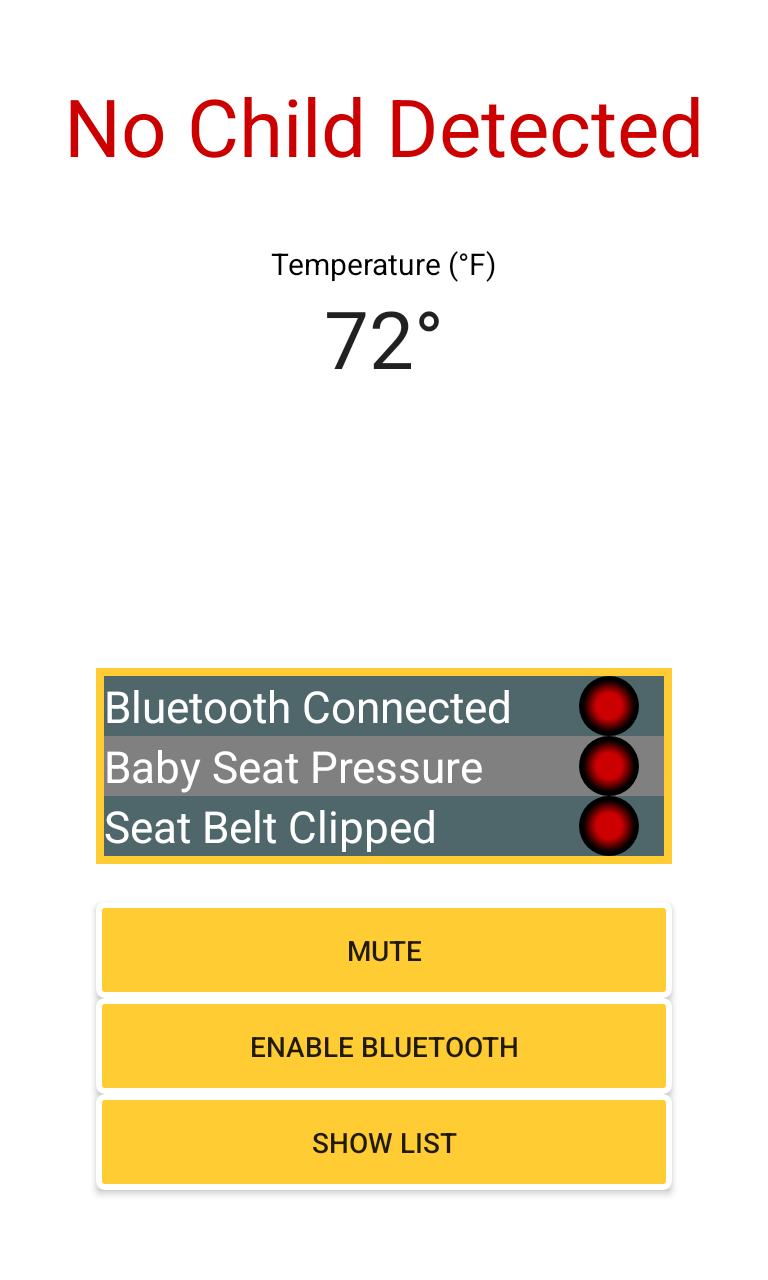
Repository: kqbright/Senior_Design2_Baby_Saver_Android_App
Layout: AppWorkspace/BabyCarTest/res/layout/activity_main.xml
The author's editor kept a copy of each file at every save. The layout is drawn from the files as they stood at one save, then again after the next save.
It is drawn on a 768 x 1280 px phone screen (xhdpi) without system bars, with theme AppTheme; the app's code is not run.

Above is the layout before, as saved 2014-12-01 03:37:28.

### AppWorkspace/BabyCarTest/res/layout/activity_main.xml
<RelativeLayout xmlns:android="http://schemas.android.com/apk/res/android"
    xmlns:tools="http://schemas.android.com/tools"
    android:layout_width="match_parent"
    android:layout_height="match_parent"
    android:gravity="center_horizontal"
    android:orientation="vertical"
    android:background="@color/white"
    android:paddingBottom="@dimen/activity_vertical_margin"
    android:paddingLeft="@dimen/activity_horizontal_margin"
    android:paddingRight="@dimen/activity_horizontal_margin"
    android:paddingTop="@dimen/activity_vertical_margin"
    tools:context="com.babycartest.MainActivity" >

    <TextView
        android:id="@+id/textView1"
        android:layout_width="wrap_content"
        android:layout_height="wrap_content"
        android:layout_below="@+id/button4"
        android:layout_centerHorizontal="true"
        android:layout_marginTop="46dp"
        android:text=""
        android:textAppearance="?android:attr/textAppearanceLarge" />

    <Button
        android:id="@+id/button2"
        android:layout_width="wrap_content"
        android:layout_height="wrap_content"
        android:layout_alignLeft="@+id/button1"
        android:layout_alignParentBottom="true"
        android:layout_alignRight="@+id/button1"
        android:layout_marginBottom="29dp"
        android:background="@drawable/custom_button1"
        android:text="@string/button2_text" />

    <TableLayout
        android:id="@+id/tableLayout1"
        android:layout_width="300dp"
        android:layout_height="wrap_content"
        android:layout_above="@+id/button4"
        android:layout_alignLeft="@+id/button4"
        android:layout_alignRight="@+id/button4"
        android:layout_marginBottom="19dp"
        android:background="@drawable/table_border"
        android:stretchColumns="0,1,2" >

        <TableRow
            android:id="@+id/tableRow2"
            android:layout_width="match_parent"
            android:layout_height="wrap_content"
            android:layout_gravity="center_horizontal"
            android:background="@color/stormcloud" >

            <TextView
                android:text="@string/connected"
                android:textColor="@color/white"
                android:textSize="22sp" />

            <ImageView
                android:id="@+id/circle1"
                android:layout_gravity="center"
                android:background="@drawable/red_circle"
                android:contentDescription="@string/red_circle" />
        </TableRow>

        <TableRow
            android:id="@+id/tableRow3"
            android:layout_width="wrap_content"
            android:layout_height="wrap_content"
            android:background="@color/trolley_grey" >

            <TextView
                android:text="@string/pressure_applied"
                android:textColor="@color/white"
                android:textSize="22sp" />

            <ImageView
                android:id="@+id/circle2"
                android:layout_gravity="center"
                android:background="@drawable/red_circle"
                android:contentDescription="@string/red_circle" />
        </TableRow>

        <TableRow
            android:id="@+id/tableRow4"
            android:layout_width="wrap_content"
            android:layout_height="wrap_content"
            android:background="@color/stormcloud" >

            <TextView
                android:text="@string/seat_belt"
                android:textColor="@color/white"
                android:textSize="22sp" />

            <ImageView
                android:id="@+id/circle3"
                android:layout_gravity="center"
                android:background="@drawable/red_circle"
                android:contentDescription="@string/red_circle" />
        </TableRow>
    </TableLayout>

    <Button
        android:id="@+id/button4"
        android:layout_width="wrap_content"
        android:layout_height="wrap_content"
        android:layout_above="@+id/button1"
        android:layout_alignLeft="@+id/button1"
        android:layout_alignRight="@+id/button1"
        android:background="@drawable/custom_button1"
        android:text="@string/mute" />

    <Button
        android:id="@+id/button1"
        android:layout_width="288dp"
        android:layout_height="wrap_content"
        android:layout_above="@+id/button2"
        android:layout_centerHorizontal="true"
        android:background="@drawable/custom_button1"
        android:text="@string/button_text" />

    <TextView
        android:id="@+id/baby_status"
        android:layout_width="wrap_content"
        android:layout_height="wrap_content"
        android:layout_alignParentTop="true"
        android:layout_centerHorizontal="true"
        android:layout_marginTop="20dp"
        android:text="@string/no_baby"
        android:textAppearance="?android:attr/textAppearanceLarge"
        android:textColor="@color/university_red"
        android:textSize="40sp" />

    <TextView
        android:id="@+id/textView2"
        android:layout_width="wrap_content"
        android:layout_height="wrap_content"
        android:layout_below="@+id/baby_status"
        android:layout_centerHorizontal="true"
        android:layout_marginTop="32dp"
        android:text="@string/temp_lbl"
        android:textAppearance="?android:attr/textAppearanceLarge"
        android:textColor="@color/black"
        android:textSize="15sp" />

    <TextView
        android:id="@+id/tempValue"
        android:layout_width="wrap_content"
        android:layout_height="wrap_content"
        android:layout_below="@+id/textView2"
        android:layout_centerHorizontal="true"
        android:text="@string/temp"
        android:textAppearance="?android:attr/textAppearanceLarge"
        android:textSize="40sp" />

</RelativeLayout>

### AppWorkspace/BabyCarTest/res/values/color.xml
<?xml version="1.0" encoding="utf-8"?>
<resources>

    <color name="white">#FFFFFF</color>
    <color name="medium_champagne">#F3E5AB</color>


    <color name="sunglow">#FFCC33</color>
    <color name="tangerine">#F28500</color>
    <color name="willpower_orange">#FD5800</color>


    <color name="stormcloud">#4F666A</color>
    <color name="trolley_grey">#808080</color>


    <color name="spring_green">#00FF7F</color>
    <color name="forest_green">#228B22</color>


    <color name="university_red">#CC0000</color>

    <color name="black">#000000</color>

</resources>

### AppWorkspace/BabyCarTest/res/drawable-hdpi/custom_button1.xml
<?xml version="1.0" encoding="utf-8"?>
<selector
    xmlns:android="http://schemas.android.com/apk/res/android">

    <item android:state_pressed="true" >
        <shape>
            <solid
                android:color="@color/willpower_orange"/>
            <stroke
                android:width="3dp"
                android:color="@color/white" />

            <corners
                android:radius="3dp" />
            <padding
                android:left="10dp"
                android:top="10dp"
                android:right="10dp"
                android:bottom="10dp" />
        </shape>
    </item>

    <item android:state_focused="true" >
        <shape>
            <solid
                android:color="@color/medium_champagne"
                />
                        <stroke
                android:width="3dp"
                android:color="@color/white" />

            <corners
                android:radius="3dp" />
            <padding
                android:left="10dp"
                android:top="10dp"
                android:right="10dp"
                android:bottom="10dp" />
        </shape>
    </item>

    <item>
        <shape>
            <solid
                android:color="@color/sunglow" />
            <stroke
                android:width="3dp"
                android:color="@color/white" />
            <corners
                android:radius="3dp" />
            <padding
                android:left="10dp"
                android:top="10dp"
                android:right="10dp"
                android:bottom="10dp" />
        </shape>
    </item>
</selector>

### AppWorkspace/BabyCarTest/res/drawable-ldpi/custom_button1.xml
<?xml version="1.0" encoding="utf-8"?>
<selector
    xmlns:android="http://schemas.android.com/apk/res/android">

    <item android:state_pressed="true" >
        <shape>
            <solid
                android:color="@color/willpower_orange"/>
            <stroke
                android:width="3dp"
                android:color="@color/white" />

            <corners
                android:radius="3dp" />
            <padding
                android:left="10dp"
                android:top="10dp"
                android:right="10dp"
                android:bottom="10dp" />
        </shape>
    </item>

    <item android:state_focused="true" >
        <shape>
            <solid
                android:color="@color/medium_champagne"
                />
                        <stroke
                android:width="3dp"
                android:color="@color/white" />

            <corners
                android:radius="3dp" />
            <padding
                android:left="10dp"
                android:top="10dp"
                android:right="10dp"
                android:bottom="10dp" />
        </shape>
    </item>

    <item>
        <shape>
            <solid
                android:color="@color/sunglow" />
            <stroke
                android:width="3dp"
                android:color="@color/white" />
            <corners
                android:radius="3dp" />
            <padding
                android:left="10dp"
                android:top="10dp"
                android:right="10dp"
                android:bottom="10dp" />
        </shape>
    </item>
</selector>

### AppWorkspace/BabyCarTest/res/drawable-mdpi/custom_button1.xml
<?xml version="1.0" encoding="utf-8"?>
<selector
    xmlns:android="http://schemas.android.com/apk/res/android">

    <item android:state_pressed="true" >
        <shape>
            <solid
                android:color="@color/willpower_orange"/>
            <stroke
                android:width="3dp"
                android:color="@color/white" />

            <corners
                android:radius="3dp" />
            <padding
                android:left="10dp"
                android:top="10dp"
                android:right="10dp"
                android:bottom="10dp" />
        </shape>
    </item>

    <item android:state_focused="true" >
        <shape>
            <solid
                android:color="@color/medium_champagne"
                />
                        <stroke
                android:width="3dp"
                android:color="@color/white" />

            <corners
                android:radius="3dp" />
            <padding
                android:left="10dp"
                android:top="10dp"
                android:right="10dp"
                android:bottom="10dp" />
        </shape>
    </item>

    <item>
        <shape>
            <solid
                android:color="@color/sunglow" />
            <stroke
                android:width="3dp"
                android:color="@color/white" />
            <corners
                android:radius="3dp" />
            <padding
                android:left="10dp"
                android:top="10dp"
                android:right="10dp"
                android:bottom="10dp" />
        </shape>
    </item>
</selector>

### AppWorkspace/BabyCarTest/res/drawable-xhdpi/custom_button1.xml
<?xml version="1.0" encoding="utf-8"?>
<selector
    xmlns:android="http://schemas.android.com/apk/res/android">

    <item android:state_pressed="true" >
        <shape>
            <solid
                android:color="@color/willpower_orange"/>
            <stroke
                android:width="3dp"
                android:color="@color/white" />

            <corners
                android:radius="3dp" />
            <padding
                android:left="10dp"
                android:top="10dp"
                android:right="10dp"
                android:bottom="10dp" />
        </shape>
    </item>

    <item android:state_focused="true" >
        <shape>
            <solid
                android:color="@color/medium_champagne"
                />
                        <stroke
                android:width="3dp"
                android:color="@color/white" />

            <corners
                android:radius="3dp" />
            <padding
                android:left="10dp"
                android:top="10dp"
                android:right="10dp"
                android:bottom="10dp" />
        </shape>
    </item>

    <item>
        <shape>
            <solid
                android:color="@color/sunglow" />
            <stroke
                android:width="3dp"
                android:color="@color/white" />
            <corners
                android:radius="3dp" />
            <padding
                android:left="10dp"
                android:top="10dp"
                android:right="10dp"
                android:bottom="10dp" />
        </shape>
    </item>
</selector>

### AppWorkspace/BabyCarTest/res/drawable-xxhdpi/custom_button1.xml
<?xml version="1.0" encoding="utf-8"?>
<selector
    xmlns:android="http://schemas.android.com/apk/res/android">

    <item android:state_pressed="true" >
        <shape>
            <solid
                android:color="@color/willpower_orange"/>
            <stroke
                android:width="3dp"
                android:color="@color/white" />

            <corners
                android:radius="3dp" />
            <padding
                android:left="10dp"
                android:top="10dp"
                android:right="10dp"
                android:bottom="10dp" />
        </shape>
    </item>

    <item android:state_focused="true" >
        <shape>
            <solid
                android:color="@color/medium_champagne"
                />
                        <stroke
                android:width="3dp"
                android:color="@color/white" />

            <corners
                android:radius="3dp" />
            <padding
                android:left="10dp"
                android:top="10dp"
                android:right="10dp"
                android:bottom="10dp" />
        </shape>
    </item>

    <item>
        <shape>
            <solid
                android:color="@color/sunglow" />
            <stroke
                android:width="3dp"
                android:color="@color/white" />
            <corners
                android:radius="3dp" />
            <padding
                android:left="10dp"
                android:top="10dp"
                android:right="10dp"
                android:bottom="10dp" />
        </shape>
    </item>
</selector>

### AppWorkspace/BabyCarTest/res/values/strings.xml
<?xml version="1.0" encoding="utf-8"?>
<resources>

    <string name="app_name">Baby Car Test</string>
    <string name="hello_world">Hello world!</string>
    <string name="action_settings">Settings</string>
    <string name="button_text">Enable Bluetooth</string>
    <string name="button2_text">Show list</string>
    <string name="pick_device">Select a Device</string>
    <string name="connected">Bluetooth Connected</string>
    <string name="led_on">ON</string>
    <string name="mute">MUTE</string>
    <string name="pressure_applied">Baby Seat Pressure</string>
    <string name="seat_belt">Seat Belt Clipped</string>
    <string name="temp_lbl">Temperature (°F)</string>
    <string name="temp">72°</string>
    <string name="red_circle">Red Circle</string>
    <string name="no_baby">No Child Detected</string>
    <string name="baby_in_car">Child in the Car</string>

</resources>

### AppWorkspace/BabyCarTest/res/drawable-hdpi/table_border.xml
<?xml version="1.0" encoding="utf-8"?>
<shape xmlns:android="http://schemas.android.com/apk/res/android"
    android:shape="rectangle">
    <solid
        android:color="@color/sunglow"/>
    <padding android:left="4dp"
        android:top="4dp"
        android:right="4dp"
        android:bottom="4dp" />

</shape>

### AppWorkspace/BabyCarTest/res/drawable-ldpi/table_border.xml
<?xml version="1.0" encoding="utf-8"?>
<shape xmlns:android="http://schemas.android.com/apk/res/android"
    android:shape="rectangle">
    <solid
        android:color="@color/sunglow"/>
    <padding android:left="4dp"
        android:top="4dp"
        android:right="4dp"
        android:bottom="4dp" />

</shape>

### AppWorkspace/BabyCarTest/res/drawable-mdpi/table_border.xml
<?xml version="1.0" encoding="utf-8"?>
<shape xmlns:android="http://schemas.android.com/apk/res/android"
    android:shape="rectangle">
    <solid
        android:color="@color/sunglow"/>
    <padding android:left="4dp"
        android:top="4dp"
        android:right="4dp"
        android:bottom="4dp" />

</shape>

### AppWorkspace/BabyCarTest/res/drawable-xhdpi/table_border.xml
<?xml version="1.0" encoding="utf-8"?>
<shape xmlns:android="http://schemas.android.com/apk/res/android"
    android:shape="rectangle">
    <solid
        android:color="@color/sunglow"/>
    <padding android:left="4dp"
        android:top="4dp"
        android:right="4dp"
        android:bottom="4dp" />

</shape>

### AppWorkspace/BabyCarTest/res/drawable-xxhdpi/table_border.xml
<?xml version="1.0" encoding="utf-8"?>
<shape xmlns:android="http://schemas.android.com/apk/res/android"
    android:shape="rectangle">
    <solid
        android:color="@color/sunglow"/>
    <padding android:left="4dp"
        android:top="4dp"
        android:right="4dp"
        android:bottom="4dp" />

</shape>

### AppWorkspace/BabyCarTest/res/drawable-hdpi/red_circle.xml
<?xml version="1.0" encoding="utf-8"?>
<shape xmlns:android="http://schemas.android.com/apk/res/android"
    android:shape="oval">
    <gradient
        android:type="radial"
        android:centerColor="@color/university_red"
        android:startColor="@color/university_red"
        android:endColor="@color/black"
        android:gradientRadius="20"
        />
    <padding android:left="10dp"
        android:top="10dp"
        android:right="10dp"
        android:bottom="10dp" />
    <size
        android:width="30dp"
        android:height="30dp"/>
</shape>

### AppWorkspace/BabyCarTest/res/drawable-ldpi/red_circle.xml
<?xml version="1.0" encoding="utf-8"?>
<shape xmlns:android="http://schemas.android.com/apk/res/android"
    android:shape="oval">
    <gradient
        android:type="radial"
        android:centerColor="@color/university_red"
        android:startColor="@color/university_red"
        android:endColor="@color/white"
        android:gradientRadius="10"
        />
    <padding
        android:left="10dp"
        android:top="10dp"
        android:right="10dp"
        android:bottom="10dp" />
    <size
        android:width="30dp"
        android:height="30dp"/>
</shape>

### AppWorkspace/BabyCarTest/res/drawable-mdpi/red_circle.xml
<?xml version="1.0" encoding="utf-8"?>
<shape xmlns:android="http://schemas.android.com/apk/res/android"
    android:shape="oval">
    <gradient
        android:type="radial"
        android:centerColor="@color/university_red"
        android:startColor="@color/university_red"
        android:endColor="@color/white"
        android:gradientRadius="13"
        />
    <padding android:left="10dp"
        android:top="10dp"
        android:right="10dp"
        android:bottom="10dp" />
    <size
        android:width="30dp"
        android:height="30dp"/>
</shape>

### AppWorkspace/BabyCarTest/res/drawable-xhdpi/red_circle.xml
<?xml version="1.0" encoding="utf-8"?>
<shape xmlns:android="http://schemas.android.com/apk/res/android"
    android:shape="oval">
    <gradient
        android:type="radial"
        android:centerColor="@color/university_red"
        android:startColor="@color/university_red"
        android:endColor="@color/black"
        android:gradientRadius="26"
        />
    <padding android:left="10dp"
        android:top="10dp"
        android:right="10dp"
        android:bottom="10dp" />
    <size
        android:width="30dp"
        android:height="30dp"/>
</shape>

### AppWorkspace/BabyCarTest/res/drawable-xxhdpi/red_circle.xml
<?xml version="1.0" encoding="utf-8"?>
<shape xmlns:android="http://schemas.android.com/apk/res/android"
    android:shape="oval">
    <gradient
        android:type="radial"
        android:centerColor="@color/university_red"
        android:startColor="@color/university_red"
        android:endColor="@color/black"
        android:gradientRadius="39"
        />
    <padding android:left="10dp"
        android:top="10dp"
        android:right="10dp"
        android:bottom="10dp" />
    <size
        android:width="30dp"
        android:height="30dp"/>
</shape>

Loaded but not shown: AppWorkspace/BabyCarTest/res/values/styles.xml (common file); AppWorkspace/BabyCarTest/res/values-v11/styles.xml (common file); AppWorkspace/BabyCarTest/res/values-v14/styles.xml (common file); AppWorkspace/BabyCarTest/res/values/dimens.xml (common file); AppWorkspace/BabyCarTest/res/values-w820dp/dimens.xml (common file)

After the next save:
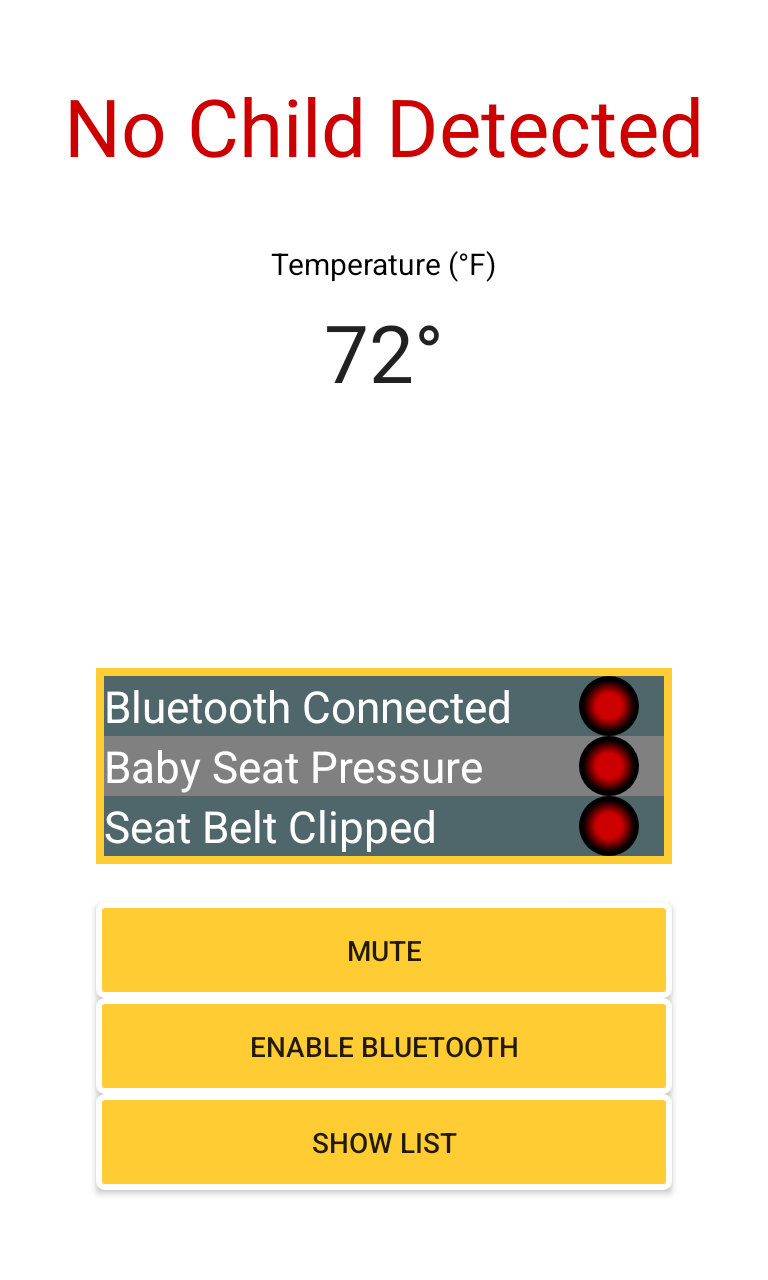
Saved 33 s later.
--- a/AppWorkspace/BabyCarTest/res/layout/activity_main.xml
+++ b/AppWorkspace/BabyCarTest/res/layout/activity_main.xml
@@ -131,6 +131,17 @@
         android:textSize="40sp" />
 
     <TextView
+        android:id="@+id/tempValue"
+        android:layout_width="wrap_content"
+        android:layout_height="wrap_content"
+        android:layout_below="@+id/textView2"
+        android:layout_centerHorizontal="true"
+        android:layout_marginTop="7dp"
+        android:text="@string/temp"
+        android:textAppearance="?android:attr/textAppearanceLarge"
+        android:textSize="40sp" />
+
+    <TextView
         android:id="@+id/textView2"
         android:layout_width="wrap_content"
         android:layout_height="wrap_content"
@@ -142,14 +153,4 @@
         android:textColor="@color/black"
         android:textSize="15sp" />
 
-    <TextView
-        android:id="@+id/tempValue"
-        android:layout_width="wrap_content"
-        android:layout_height="wrap_content"
-        android:layout_below="@+id/textView2"
-        android:layout_centerHorizontal="true"
-        android:text="@string/temp"
-        android:textAppearance="?android:attr/textAppearanceLarge"
-        android:textSize="40sp" />
-
 </RelativeLayout>
